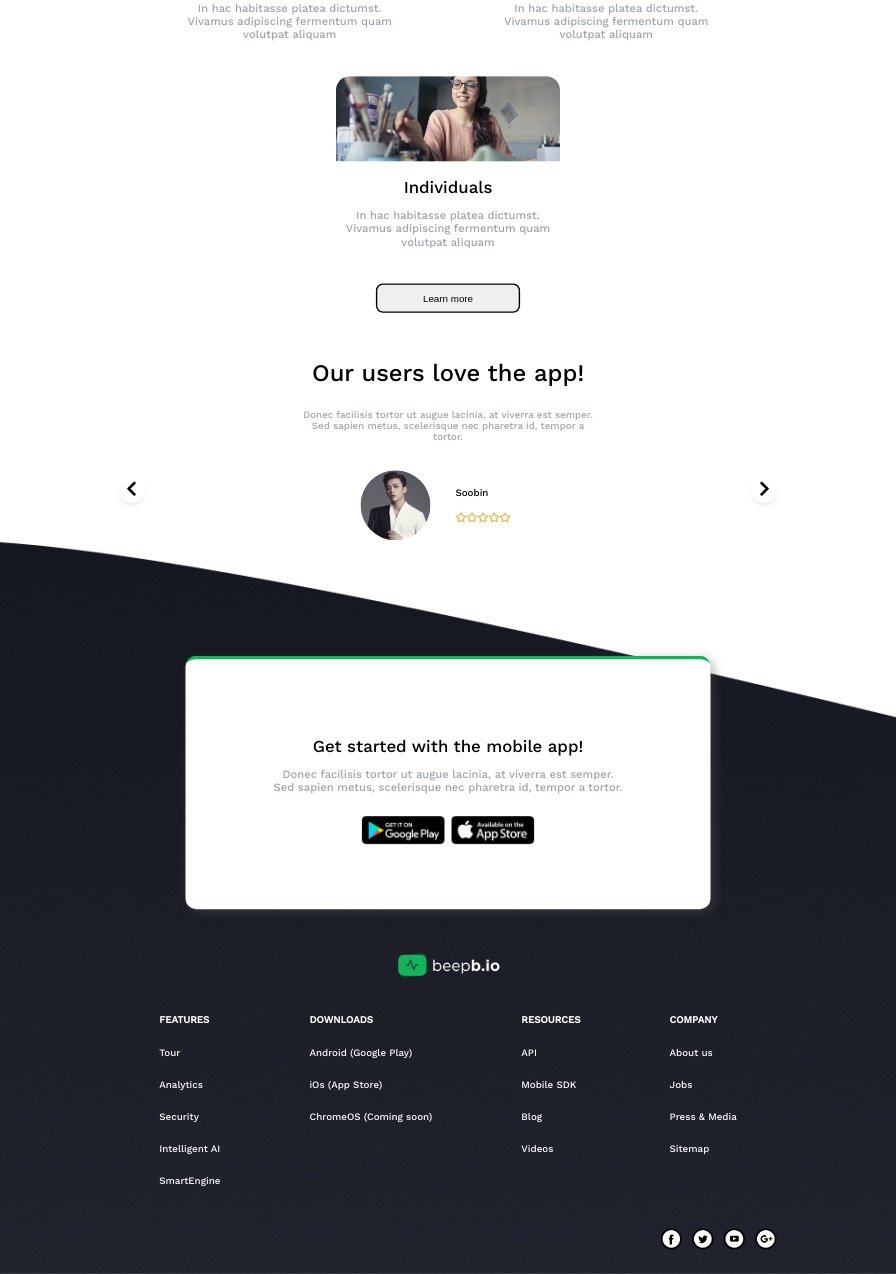
Repository: thinhnguyen347/thinhnguyen347.github.io
Page: cut-html-css/index.html
These files come from the project's save history. The page is drawn as it stood at one moment and after the next save; the edit follows.
The browser window is 1280 px wide. The pictures show the part of the page from y = 3117 to 5037 px (the page is 4937 px tall before and 5037 px after), at 70% of full size.

Above is the page before, as saved 2021-11-10 17:30:17.

After the next save:
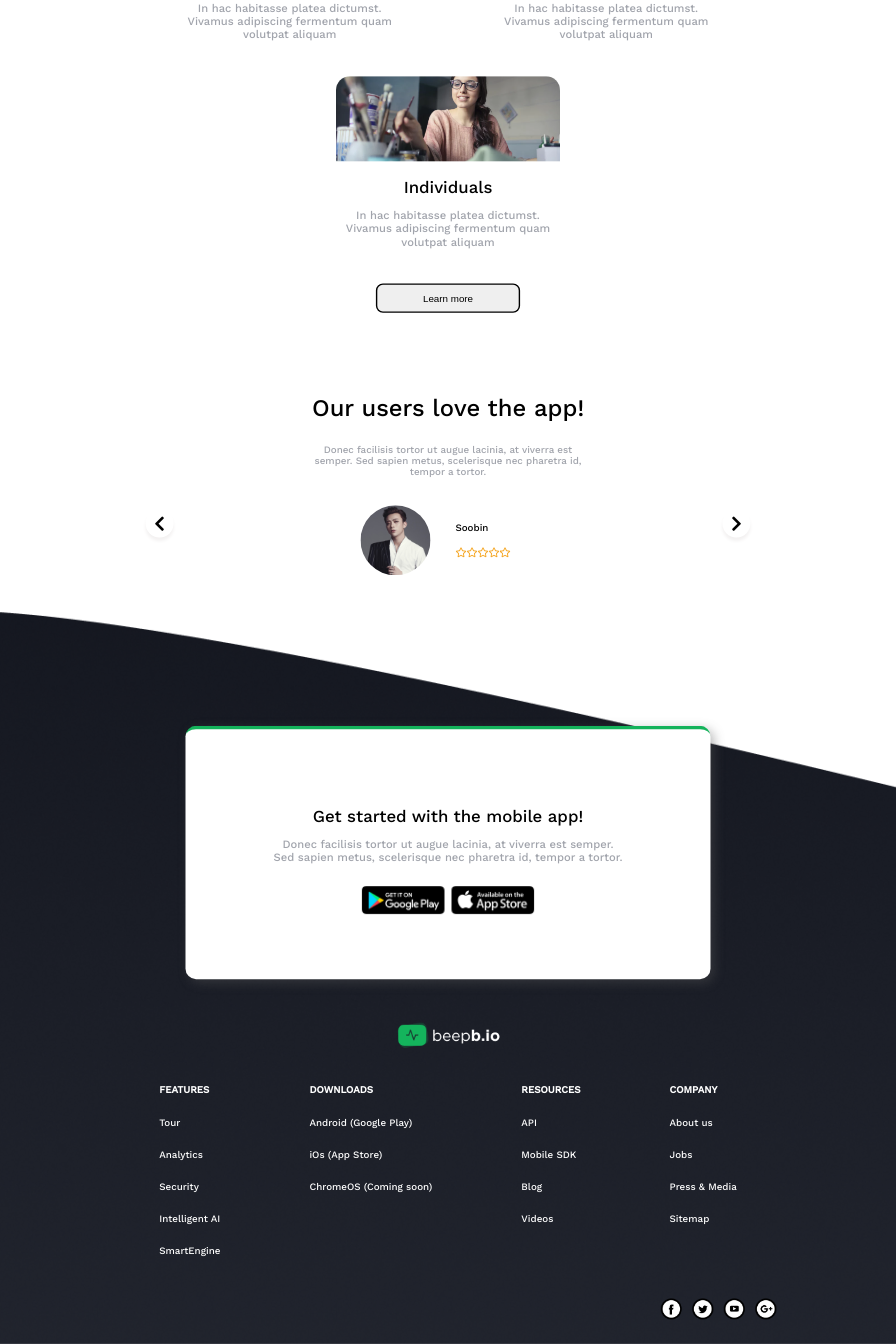
Saved 7 s later.
--- a/cut-html-css/css/style.css
+++ b/cut-html-css/css/style.css
@@ -366,7 +366,7 @@ img.oval-black {
 
 .section3 {
   height: auto;
-  margin:
+  margin: 50px
 }
 
 .bg-bottom {
